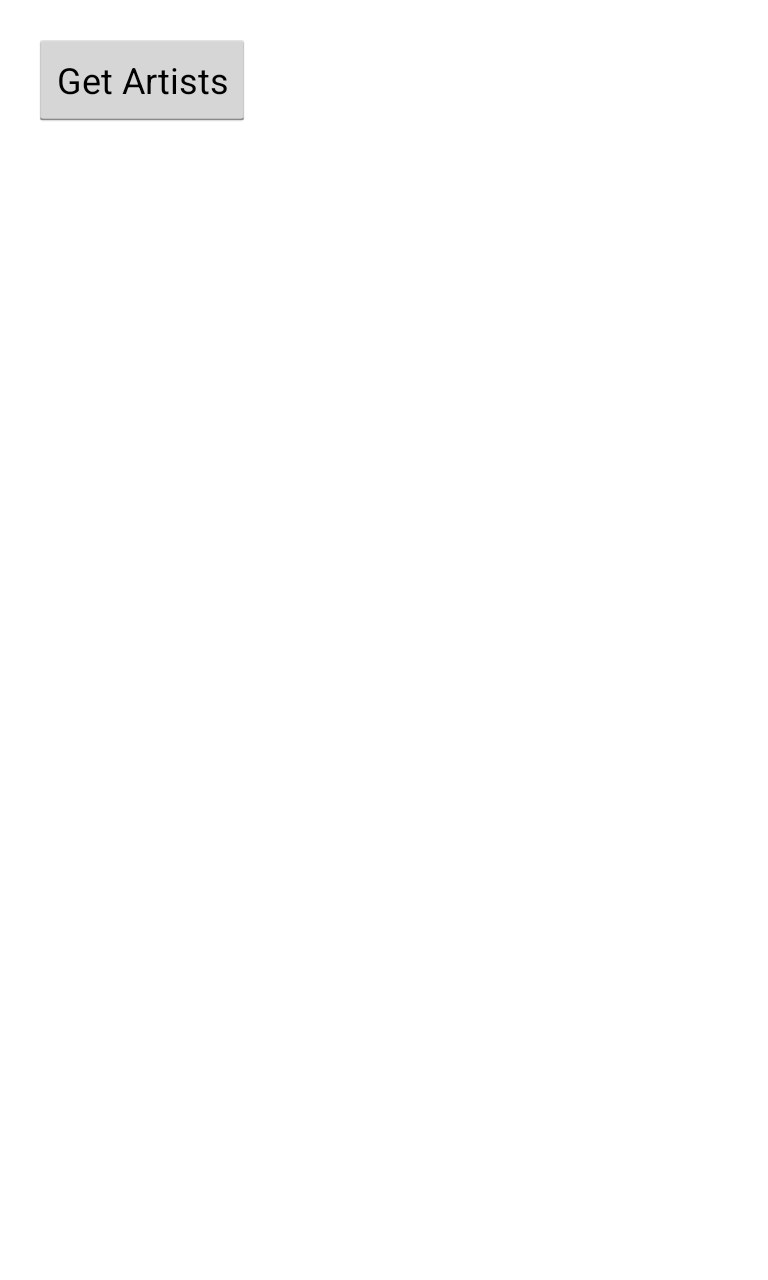
Repository: matt-ankerson/Android_Mobile-Design-Development
Layout: EclipseForMac/ankem1WebServices/res/layout/activity_web_services.xml
The author's editor kept a copy of each file at every save. The layout is drawn from the files as they stood at one save, then again after the next save.
It is drawn on a 768 x 1280 px phone screen (xhdpi) without system bars, with theme AppTheme; the app's code is not run. Lists and similar views that code fills are empty.

Above is the layout before, as saved 2015-04-13 02:46:43.

### EclipseForMac/ankem1WebServices/res/layout/activity_web_services.xml
<RelativeLayout xmlns:android="http://schemas.android.com/apk/res/android"
    xmlns:tools="http://schemas.android.com/tools"
    android:layout_width="match_parent"
    android:layout_height="match_parent"
    android:paddingBottom="@dimen/activity_vertical_margin"
    android:paddingLeft="@dimen/activity_horizontal_margin"
    android:paddingRight="@dimen/activity_horizontal_margin"
    android:paddingTop="@dimen/activity_vertical_margin"
    tools:context="bit.ankem1.WebServices.WebServicesActivity" >

    <LinearLayout
        android:id="@+id/linearLayout1"
        android:layout_width="match_parent"
        android:layout_height="match_parent"
        android:layout_alignParentLeft="true"
        android:layout_alignParentTop="true"
        android:orientation="vertical" >

        <Button
        android:id="@+id/btnFillList"
        android:layout_width="wrap_content"
        android:layout_height="wrap_content"
        android:layout_alignParentTop="true"
        android:layout_alignParentRight="true"
        android:text="Get Artists" />

        <ListView
            android:id="@+id/lvArtists"
            android:layout_width="match_parent"
            android:layout_height="wrap_content" >
        </ListView>

    </LinearLayout>

</RelativeLayout>

Loaded but not shown: EclipseForMac/ankem1WebServices/res/values/styles.xml (common file); EclipseForMac/ankem1WebServices/res/values-v11/styles.xml (common file); EclipseForMac/ankem1WebServices/res/values-v14/styles.xml (common file); EclipseForMac/ankem1WebServices/res/values/dimens.xml (common file); EclipseForMac/ankem1WebServices/res/values-w820dp/dimens.xml (common file)

After the next save:
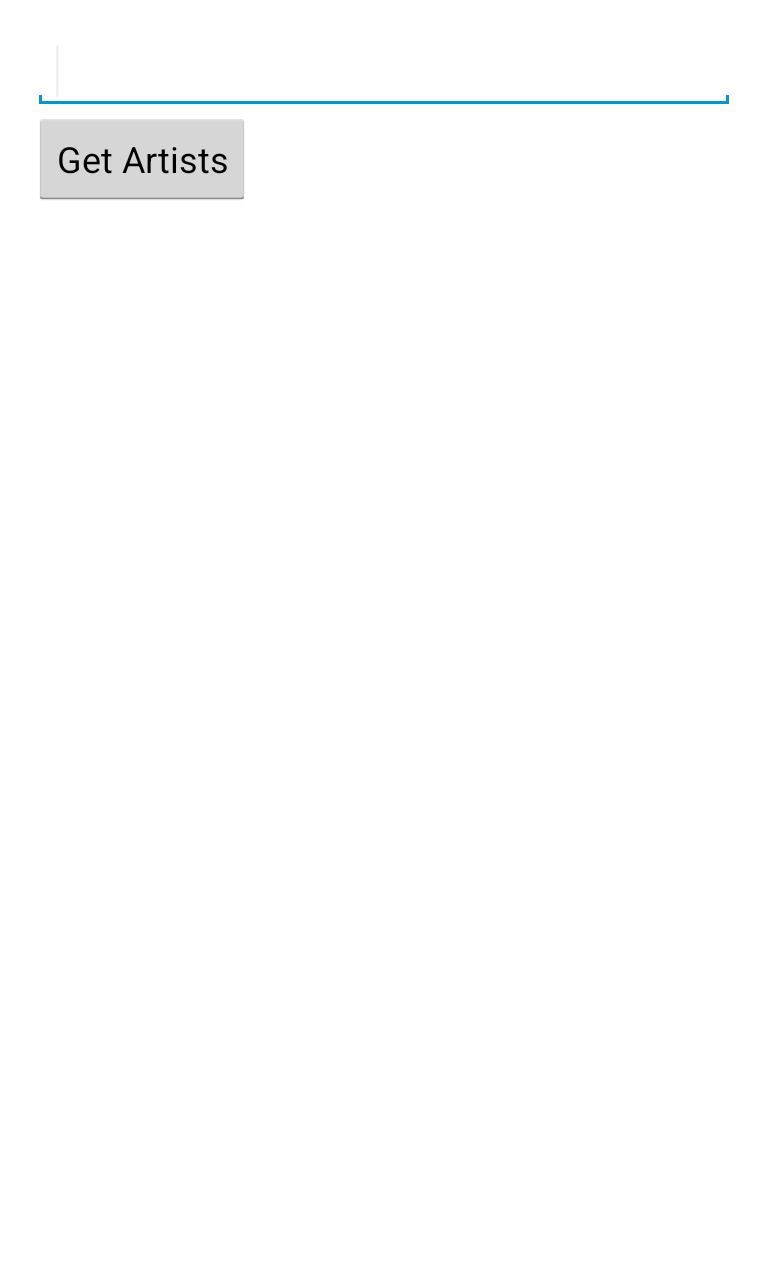
Saved 12 min 23 s later.
--- a/EclipseForMac/ankem1WebServices/res/layout/activity_web_services.xml
+++ b/EclipseForMac/ankem1WebServices/res/layout/activity_web_services.xml
@@ -16,6 +16,15 @@
         android:layout_alignParentTop="true"
         android:orientation="vertical" >
 
+        <EditText
+            android:id="@+id/txtArtist"
+            android:layout_width="match_parent"
+            android:layout_height="wrap_content"
+            android:ems="10" >
+
+            <requestFocus />
+        </EditText>
+
         <Button
         android:id="@+id/btnFillList"
         android:layout_width="wrap_content"
